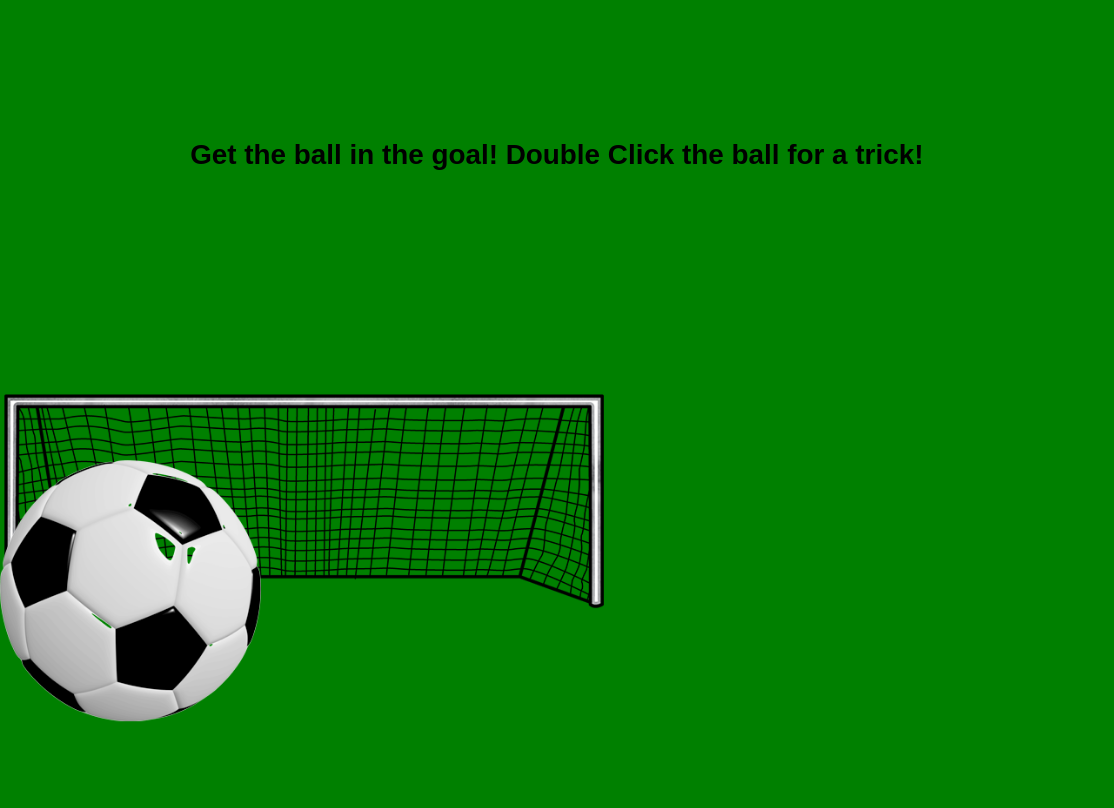
Repository: alexmaddux99/Lab3
Page: mouse-events.html
These files come from the project's save history. The page is drawn as it stood at one moment and after the next save; the edit follows.
The browser window is 1280 px wide. The pictures show the whole page, at 87% of full size.

Above is the page before, as saved 2022-03-06 17:23:26.

After the next save:
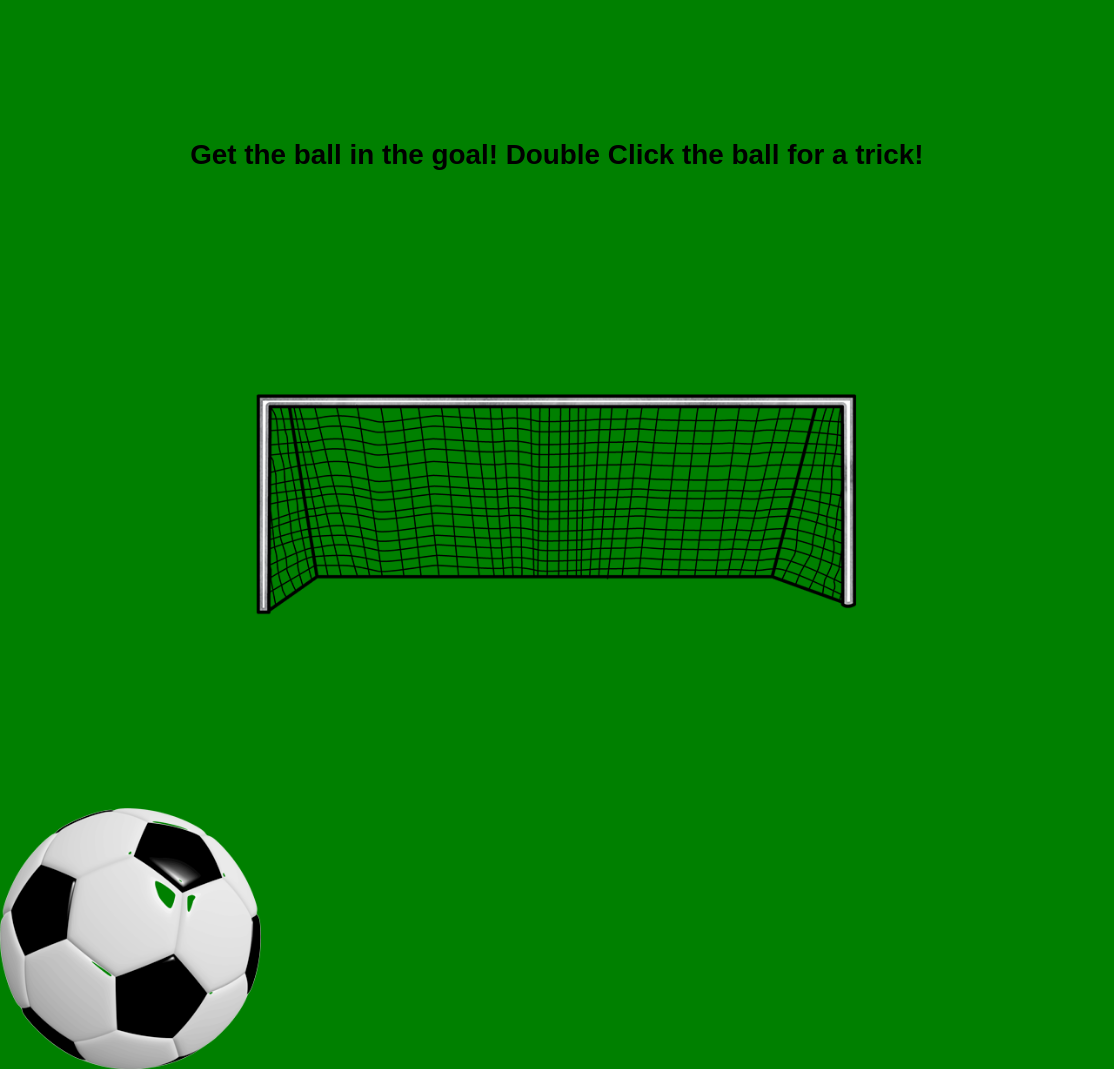
Saved 5 s later.
--- a/mouse-events.html
+++ b/mouse-events.html
@@ -43,9 +43,9 @@
 
     <p>Get the ball in the goal! Double Click the ball for a trick!</p>
 
-    <div class="goal">
+
     <img src="/images/goal.png" alt="GOAL!">
-    </div>
+
 
     <div id="dot" class="ball">
         <img src="/images/soccer.png" alt="Score a Goal!">
